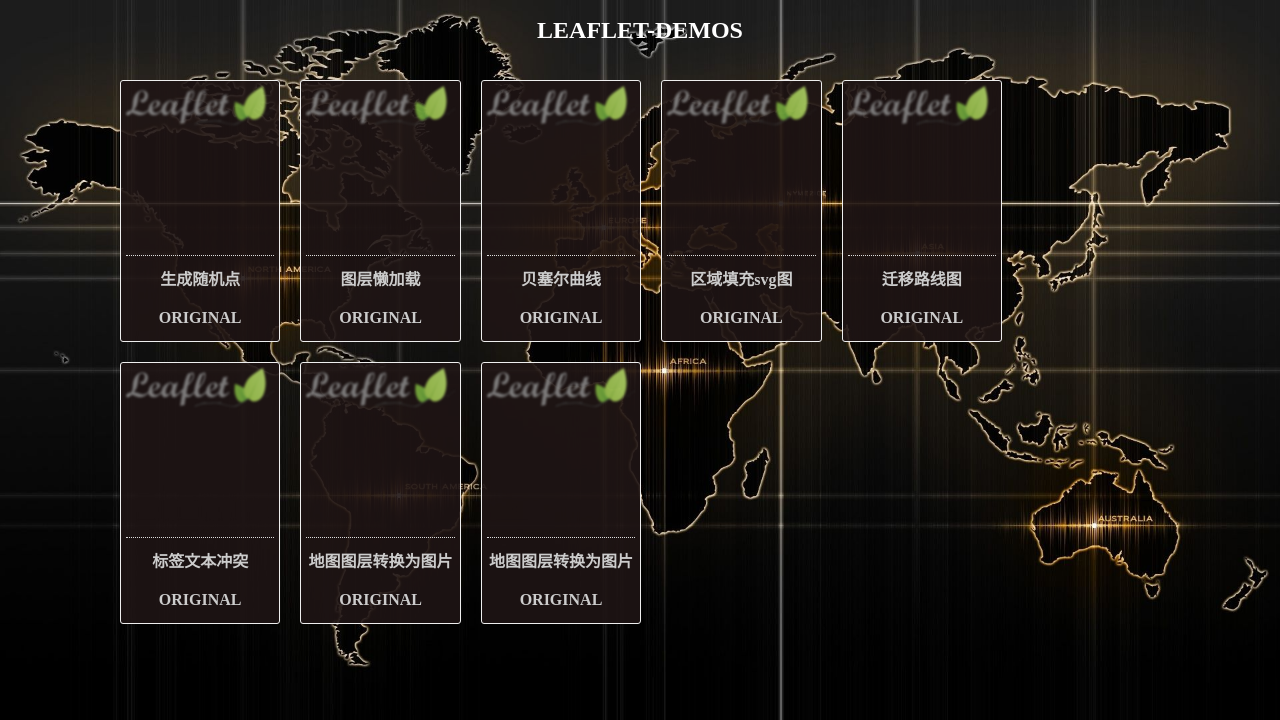
Repository: victorcheney/leafletdemos
Page: index.html
An editor plug-in stored every save of this project. The page is shown before and after the next save, followed by the edit.
The browser window is 1280 px wide. The pictures show the whole page.

Above is the page before, as saved 2019-01-19 13:05:29.

After the next save:
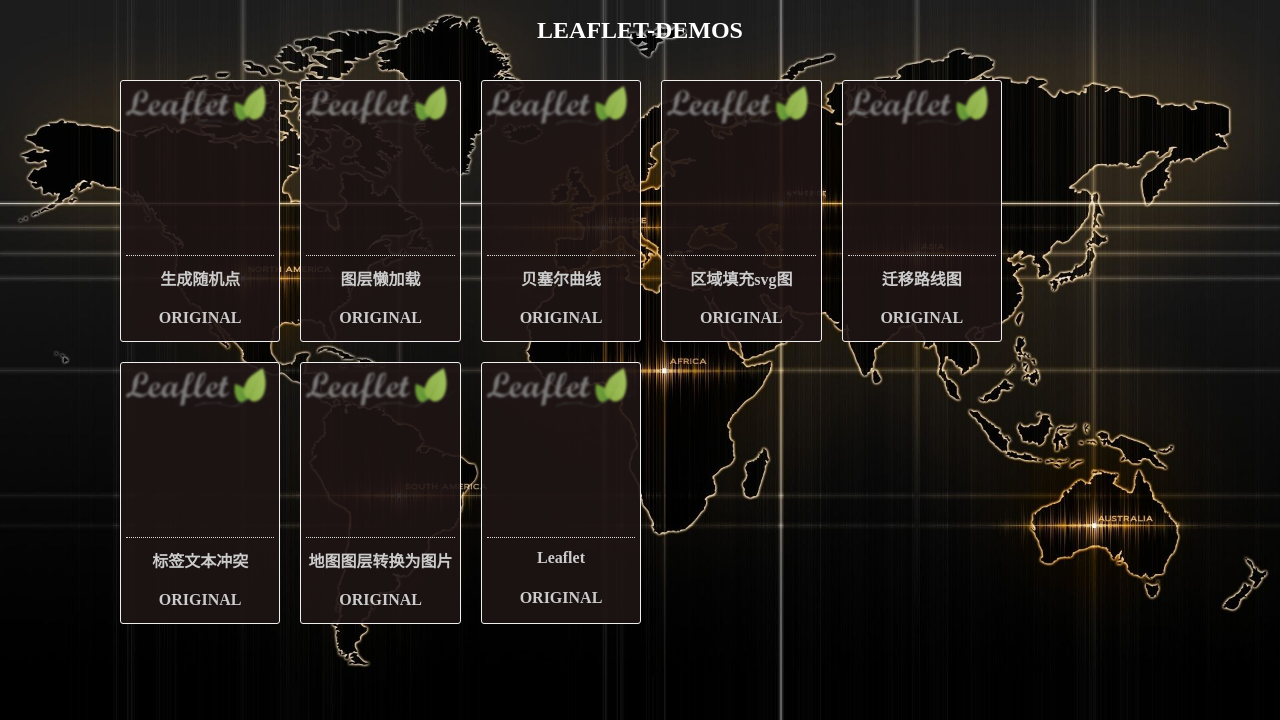
Saved 18 s later.
--- a/js/index.js
+++ b/js/index.js
@@ -36,7 +36,7 @@
         originalUrl: ''
     },
     {
-        name: '地图图层转换为图片',
+        name: 'Leaflet',
         url: 'examples/demo-chinaProvider/index.html',
         originalUrl: 'https://github.com/htoooth/Leaflet.ChineseTmsProviders'
     }
